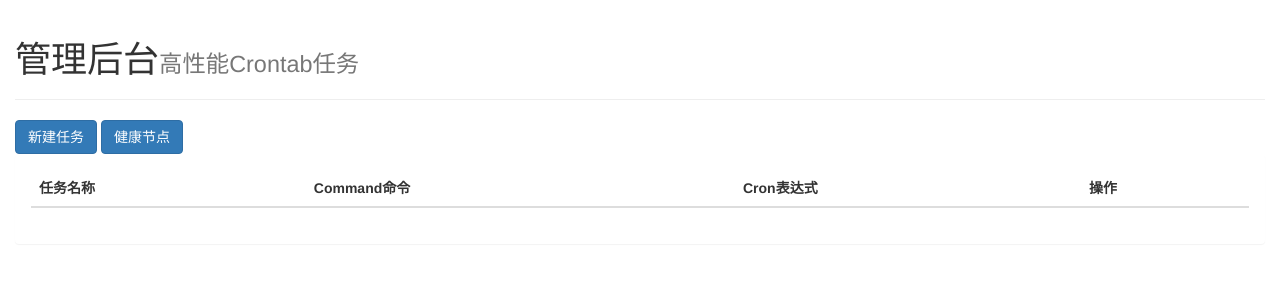
Repository: hellosz/GoCron
Page: src/master/main/public/index.html
An editor plug-in stored every save of this project. The page is shown before and after the next save, followed by the edit.
The browser window is 1280 px wide. The pictures show the whole page.
The page's requests for data from a server got no answer.

Above is the page before, as saved 2022-01-11 01:44:27.

### src/master/main/public/index.html
<!DOCTYPE html>
<html lang="en">
<head>
    <meta charset="UTF-8">
    <meta http-equiv="X-UA-Compatible" content="IE=edge">
    <meta name="viewport" content="width=device-width, initial-scale=1.0">
    <title>高性能 Crontab</title>
    <script src="https://cdn.bootcdn.net/ajax/libs/jquery/3.5.1/jquery.min.js"></script>
    <link href="https://cdn.bootcdn.net/ajax/libs/twitter-bootstrap/3.3.7/css/bootstrap.min.css" rel="stylesheet">
    <script src="https://cdn.bootcdn.net/ajax/libs/twitter-bootstrap/3.3.7/js/bootstrap.min.js"></script>
</head>
<body>
    <div class="container-fluid">
        <!-- 头部 -->
        <div class="row">
            <div class="col-md-12">
                <div class="page-header">
                    <h1>
                        管理后台<small>高性能Crontab任务</small>
                    </h1>
                </div>
            </div>
        </div>
        <!-- 操作按钮 -->
        <div class="row">
            <div class="col-md-12">
                <button type="button" class="btn btn-primary new-job">
                    新建任务
                </button>
                <button type="button" class="btn btn-primary list-worker">
                    健康节点
                </button>
            </div>
        </div>

        <!-- 任务列表 -->
        <div class="row">
            <div class="col-md-12">
                <div class="panel">
                    <div class="panel-body">
                        <table class="table table-striped" id="jobTable">
                            <thead>
                                <tr>
                                    <th>任务名称</th>
                                    <th>Command命令</th>
                                    <th>Cron表达式</th>
                                    <th>操作</th>
                                </tr>
                            </thead>
                            <tbody>
                            </tbody>
                        </table>
                    </div>
                </div>
            </div>

        </div>
    </div>
    <!--模态框-->
    <div id="inputModal" class="modal fade" tabindex="-1" role="dialog">
        <div class="modal-dialog" role="document">
          <div class="modal-content">
            <div class="modal-header">
              <button type="button" class="close" data-dismiss="modal" aria-label="Close"><span aria-hidden="true">&times;</span></button>
              <h4 id="inputTitle" class="modal-title">编辑</h4>
            </div>
            <div class="modal-body">
                <form action="">
                    <div class="form-group">
                      <label for="jobName">任务名称</label>
                      <input type="text" id="jobName" class="form-control" placeholder="" aria-describedby="helpId">
                    </div>
                    <div class="form-group">
                      <label for="jobCommand">执行命令</label>
                      <input type="text" id="jobCommand" class="form-control" placeholder="" aria-describedby="helpId">
                    </div>
                    <div class="form-group">
                      <label for="jobCronExp">Cron表达式</label>
                      <input type="text" id="jobCronExp" class="form-control" placeholder="" aria-describedby="helpId">
                    </div>
                </form>
            </div>
            <div class="modal-footer">
              <button type="button" class="btn btn-default" data-dismiss="modal">关闭</button>
              <button type="button" id="inputSaveBtn" class="btn btn-primary">保存</button>
            </div>
          </div><!-- /.modal-content -->
        </div><!-- /.modal-dialog -->
      </div><!-- /.modal -->

    <!--模态框-->
    <div id="logModal" class="modal fade" tabindex="-1" role="dialog">
        <div class="modal-dialog modal-lg" role="document">
          <div class="modal-content">
            <div class="modal-header">
              <button type="button" class="close" data-dismiss="modal" aria-label="Close"><span aria-hidden="true">&times;</span></button>
              <h4 id="inputTitle" class="modal-title">编辑</h4>
            </div>
            <div class="modal-body">
                <table class="table table-striped">
                    <thead>
                        <tr>
                            <th>任务</th>
                            <th>命令</th>
                            <th>输出</th>
                            <th>错误信息</th>
                            <th>计划调度时间</th>
                            <th>实际调度时间</th>
                            <th>执行开始时间</th>
                            <th>执行结束时间</th>
                        </tr>
                    </thead>
                    <tbody>

                    </tbody>

                </table>
            </div>
            <div class="modal-footer">
              <button type="button" class="btn btn-default" data-dismiss="modal">关闭</button>
            </div>
          </div><!-- /.modal-content -->
        </div><!-- /.modal-dialog -->
      </div><!-- /.modal -->

    <!--模态框-->
    <div id="listWorkerModal" class="modal fade" tabindex="-1" role="dialog">
        <div class="modal-dialog" role="document">
          <div class="modal-content">
            <div class="modal-header">
              <button type="button" class="close" data-dismiss="modal" aria-label="Close"><span aria-hidden="true">&times;</span></button>
              <!-- <h4 id="inputTitle" class="modal-title">编辑</h4> -->
            </div>
            <div class="modal-body">
                <table class="table table-striped">
                    <thead>
                        <tr>
                            <th>节点IP</th>
                        </tr>
                    </thead>
                    <tbody>
                        <!-- 待填充 -->
                    </tbody>

                </table>
            </div>
            <div class="modal-footer">
              <button type="button" class="btn btn-default" data-dismiss="modal">关闭</button>
            </div>
          </div><!-- /.modal-content -->
        </div><!-- /.modal-dialog -->
      </div><!-- /.modal -->
    <!-- 代码  -->
    <script>
        $(document).ready(function () {
            // 格式化时间
            function formatDataTime (unixtime) {
                // 增加自定义对齐
                function customPadding(str, len) {
                    str = "" + str
                    while(len > str.length) {
                        str = "0" + str
                    }

                    return str
                }

                var datetime = new Date(unixtime)
                var res = datetime.getFullYear() + "-" + customPadding(datetime.getMonth() + 1, 2) + "-" + customPadding(datetime.getDate(), 2) +
                "-" + customPadding(datetime.getHours(), 2) + ":" + customPadding(datetime.getMinutes(), 2) + ":" + customPadding(datetime.getSeconds(), 2) +
                "." + datetime.getMilliseconds()

                return res
            }

            // 监听编辑按钮
            $("#jobTable").on("click", ".edit-job",function (event) {
                // 设置标题
                $("#inputTitle").text("编辑任务");

                // 设置内容
                var jobName = $(this).closest("tr").children(".job-name").text()
                $("#jobName").val(jobName)
                var jobCommand = $(this).closest("tr").children(".job-command").text()
                $("#jobCommand").val(jobCommand)
                var jobCronExp = $(this).closest("tr").children(".job-cron-exp").text()
                $("#jobCronExp").val(jobCronExp)

                // 弹出编辑框
                $("#inputModal").modal("show");
            });
            $("#jobTable").on("click", ".delete-job",function (event) {
                // 获取任务名
                var jobName = $(this).closest("tr").children(".job-name").text()

                // 删除任务
                deleteJob(jobName)
            });
            $("#jobTable").on("click", ".kill-job",function (event) {
                // 获取任务名
                var jobName = $(this).closest("tr").children(".job-name").text()

                // 强杀任务
                killJob(jobName)
            });
            $(".new-job").on("click",function (event) {
                // 设置标题
                $("#inputTitle").text("新建任务");

                // 清空form
                $("#jobName").val("")
                $("#jobCommand").val("")
                $("#jobCronExp").val("")

                // 弹出编辑框
                $("#inputModal").modal("show");
            });

            // 监听编辑按钮
            $("#jobTable").on("click", ".job-log",function (event) {
                // 清空内容
                $('#logModal tbody').empty();

                // 弹出日志框
                $("#logModal").modal("show");

                // 查询任务日志
                jobName = $(this).closest('tr').children('.job-name').text()
                $.ajax({
                        url: "/job/log",
                        dataType: "json",
                        data: {
                            name: jobName
                        },
                        success: function (response) {
                            data = response.data
                            for (let index = 0; index < data.length; index++) {
                                row = data[index]

                                // 动态拼接参数
                                var tr = $("<tr>");
                                tr.append($("<td>").html(row.job_name));
                                tr.append($("<td>").html(row.command));
                                tr.append($("<td>").html(row.output));
                                tr.append($("<td>").html(row.err));
                                tr.append($("<td>").html(formatDataTime(row.plan_time)));
                                tr.append($("<td>").html(formatDataTime(row.schedule_time)));
                                tr.append($("<td>").html(formatDataTime(row.start_time)));
                                tr.append($("<td>").html(formatDataTime(row.end_time)));

                                $('#logModal tbody').append(tr)
                            }

                        }
                    })
            });

            // 监听保存事件
            $("#inputSaveBtn").on("click", function () {
                var jobName = $("#jobName").val()
                var jobCommand = $("#jobCommand").val()
                var jobCronExp = $("#jobCronExp").val()
                var params = JSON.stringify({name: jobName, command: jobCommand, cron_exp: jobCronExp})

                // 发送请求
                $.ajax({
                    url: "/job/save",
                    data: {
                        job: params
                    },
                    dataType: "json",
                    method: "POST",
                    success: function(response) {
                        if (response.err_code == -1) {
                            alert("save failed" + response.msg)
                            return
                        }

                        // 关闭模态框，刷新列表
                        $("#inputModal").modal("hide");
                        freshList();
                    }
                })
            })

            // 列表刷新
            function freshList() {
                // 清空列表
                $("#jobTable tbody").empty();

                // 发送请求
                $.ajax({
                    type: "get",
                    url: "/job/list",
                    dataType: "json",
                    success: function (response) {
                        if (response.err_code == -1) {
                            // 请求失败，静默处理
                            return
                        }

                        // 结果渲染
                        var list = response.data
                        for (var index = 0; index < list.length; index++) {
                            data = list[index]
                            var rowDom = $("<tr>");
                            rowDom.append($("<td class='job-name'>").html(data.name));
                            rowDom.append($("<td class='job-command'>").html(data.command));
                            rowDom.append($("<td class='job-cron-exp'>").html(data.cron_exp));
                            var toolBar = $("<div class='btn-toolbar'>");
                            toolBar.append("<button class=\"btn btn-info edit-job\">编辑</button>");
                            toolBar.append("<button class=\"btn btn-danger delete-job\">删除</button>");
                            toolBar.append("<button class=\"btn btn-warning kill-job\">强杀</button>");
                            toolBar.append("<button class=\"btn btn-success job-log\">日志</button>");
                            rowDom.append($("<td>").append(toolBar));

                            // 添加一行数据
                            $("#jobTable tbody").append(rowDom)
                        }
                    }
                });
            }

            // 强杀任务
            function killJob(name) {
                $.ajax({
                    type: "POST",
                    url: "/job/kill",
                    data: {name: name},
                    dataType: "json",
                    success: function (response) {
                        if (response.status != -1) {
                            console.log("强杀成功");
                            location.reload();
                        } else {
                            console.error("强杀失败")
                        }
                    }
                });
            }

            // 删除任务
            function deleteJob(name) {
                $.ajax({
                    type: "POST",
                    url: "/job/delete",
                    data: {name: name},
                    dataType: "json",
                    success: function (response) {
                        if (response.status != -1) {
                            console.log("删除成功");
                            location.reload();
                        } else {
                            console.error("删除失败")
                        }
                    }
                });
            }

            // 初始化列表
            freshList();
        })
    </script>
</body>
</html>

After the next save:
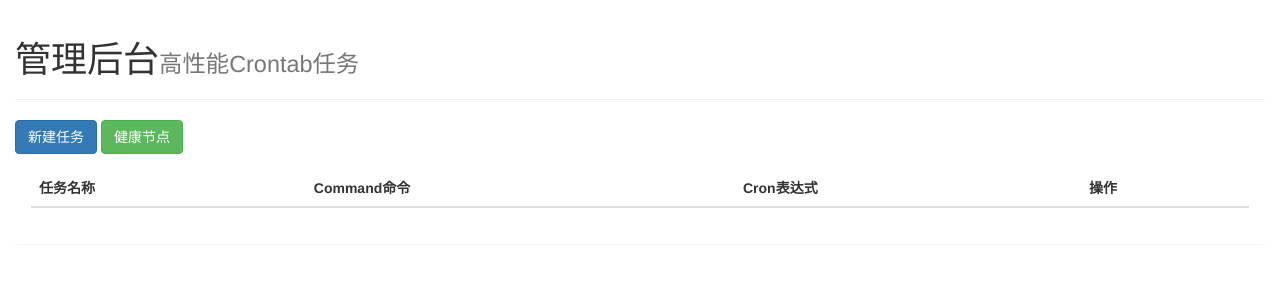
Saved 96 s later.
--- a/src/master/main/public/index.html
+++ b/src/master/main/public/index.html
@@ -27,7 +27,7 @@
                 <button type="button" class="btn btn-primary new-job">
                     新建任务
                 </button>
-                <button type="button" class="btn btn-primary list-worker">
+                <button type="button" class="btn btn-success list-worker">
                     健康节点
                 </button>
             </div>
@@ -141,7 +141,6 @@
                     <tbody>
                         <!-- 待填充 -->
                     </tbody>
-
                 </table>
             </div>
             <div class="modal-footer">
@@ -254,6 +253,16 @@
                         }
                     })
             });
+
+            // 监听健康节点按钮
+            $(".list-worker").on('click', function (event) {
+                // 历史数据
+
+                // 请求最新数据
+
+
+
+            })
 
             // 监听保存事件
             $("#inputSaveBtn").on("click", function () {
